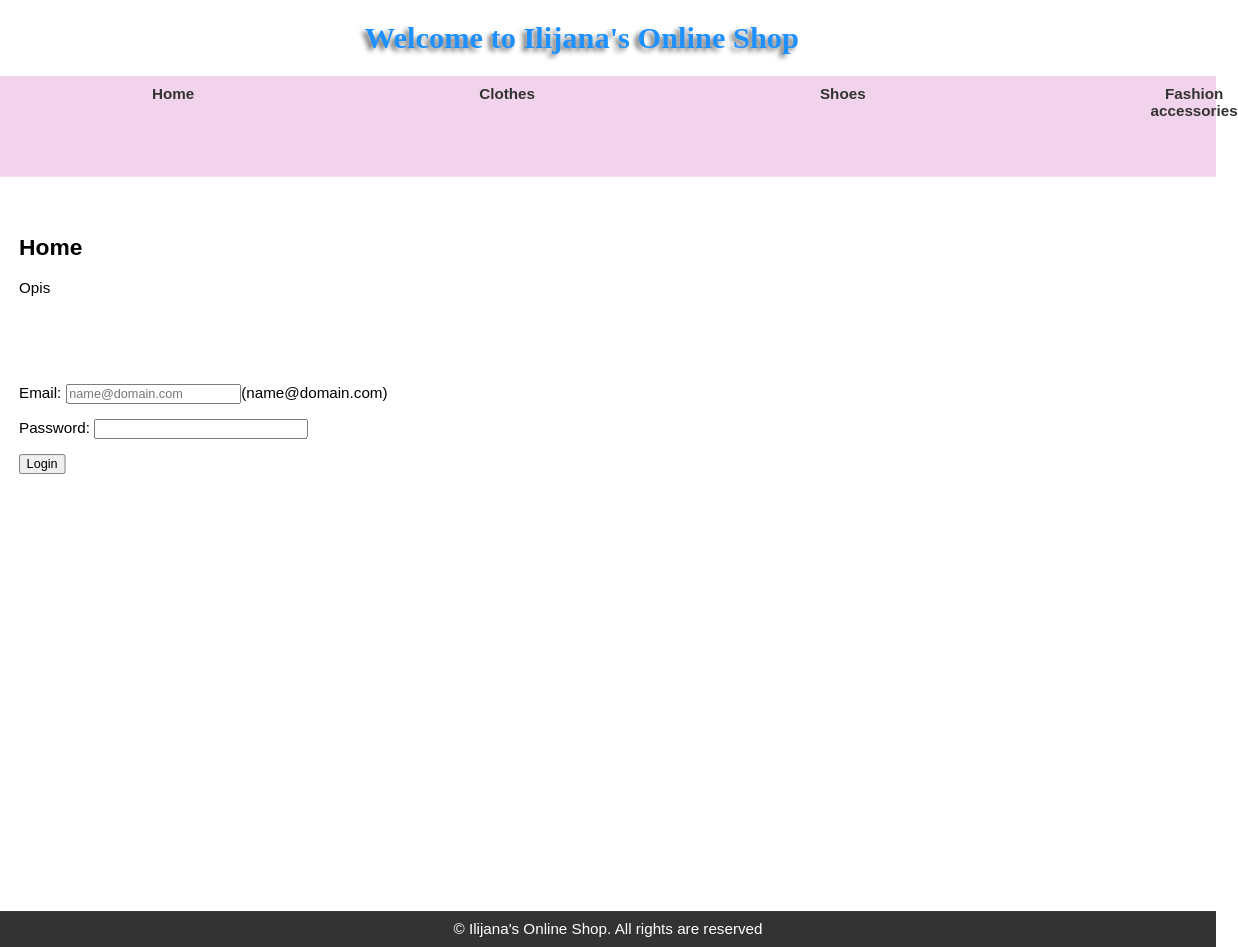
Repository: ilijana123/Proekt1
Page: html.html
These files come from the project's save history. The page is drawn as it stood at one moment and after the next save; the edit follows.
The browser window is 1280 px wide. The page is 1303 px wide, so the pictures cover 1303 px, including what lies to the right of the window. The pictures show the whole page, at 95% of full size.

Above is the page before, as saved 2023-11-12 23:32:08.

### html.html
<!DOCTYPE html>
<html>
    <head>
    <meta charset="utf-8">
    <title>Online shop</title>
    <link rel="stylesheet" type="text/css" href="1.css">
    <script src="script.js"></script>
    </head>
    <body>
    <header>
       <h1>Welcome to Ilijana's Online Shop</h1>
    </header>
       <nav>
            <ul>
                <li><a href="#home">Home</a></li>
                <li><a href="#category1">Clothes</a></li>
                <li><a href="#category2">Shoes</a></li>
                <li><a href="#category3">Fashion accessories</a></li>
            </ul>
       </nav>
       <section id="home">
            <h2>Home</h2>
            <p>Opis</p>
        </section>
        <section id="contact">
            <form method="post" autocomplete="on">
                <p><label>Email:
                    <input type="email" id="email"
                        placeholder="name@domain.com"/>(name@domain.com)
                </label></p>
                <p><label>Password:
                    <input type="password" id="password" size="25"
                        placeholder=""/>
                </label></p>
                <button onclick="btnClicked()">Login</button>
            </form>
       </section>
       <section id="category1"></section>
       <section id="category2"></section>
       <section id="category3"></section>
       <section id="instagram">
      </section>
      <section id="survey">
      </section>
      <section id="questionnaire">
      </section>
      <section id="contact">
      </section>
       <footer> &copy; Ilijana's Online Shop. All rights are reserved</footer>
    </body>
</html>

### 1.css
h1  {
     font-family: fantasy;
        color:dodgerblue;
        text-shadow: -4px 4px 6px dimgrey;
        position:relative;
        margin-left: 30%;
    }
    body {
        margin: 0;
        padding: 0;
        font-family: Arial, sans-serif;
    }

    nav
    {
        background-color:rgb( 241, 211, 235);
        color: white;
        padding: 10px;
        text-align: center;
    }
    nav ul {
        list-style-type: none;
        margin: 0;
        padding: 0;
        display: flex;
        flex-direction: row; /* Set the direction to column */
    }

    nav ul li {
        display: block; /* Set the display property to block */
        margin-bottom: 50px;
        margin-right: 150px;
        margin-left:150px;
    }
    section {
        padding: 20px;
        margin: 20px 0;
    }
    nav a {
        text-decoration: none;
        color: #333;
        font-weight: bold;
    }
    nav a:hover {
        color: #555;
    }

    footer {
        background-color: #333;
        color: white;
        text-align: center;
        padding: 10px;
    }

### script.js
function btnClicked()
{
    document.location.href="html1.html";
}

After the next save:
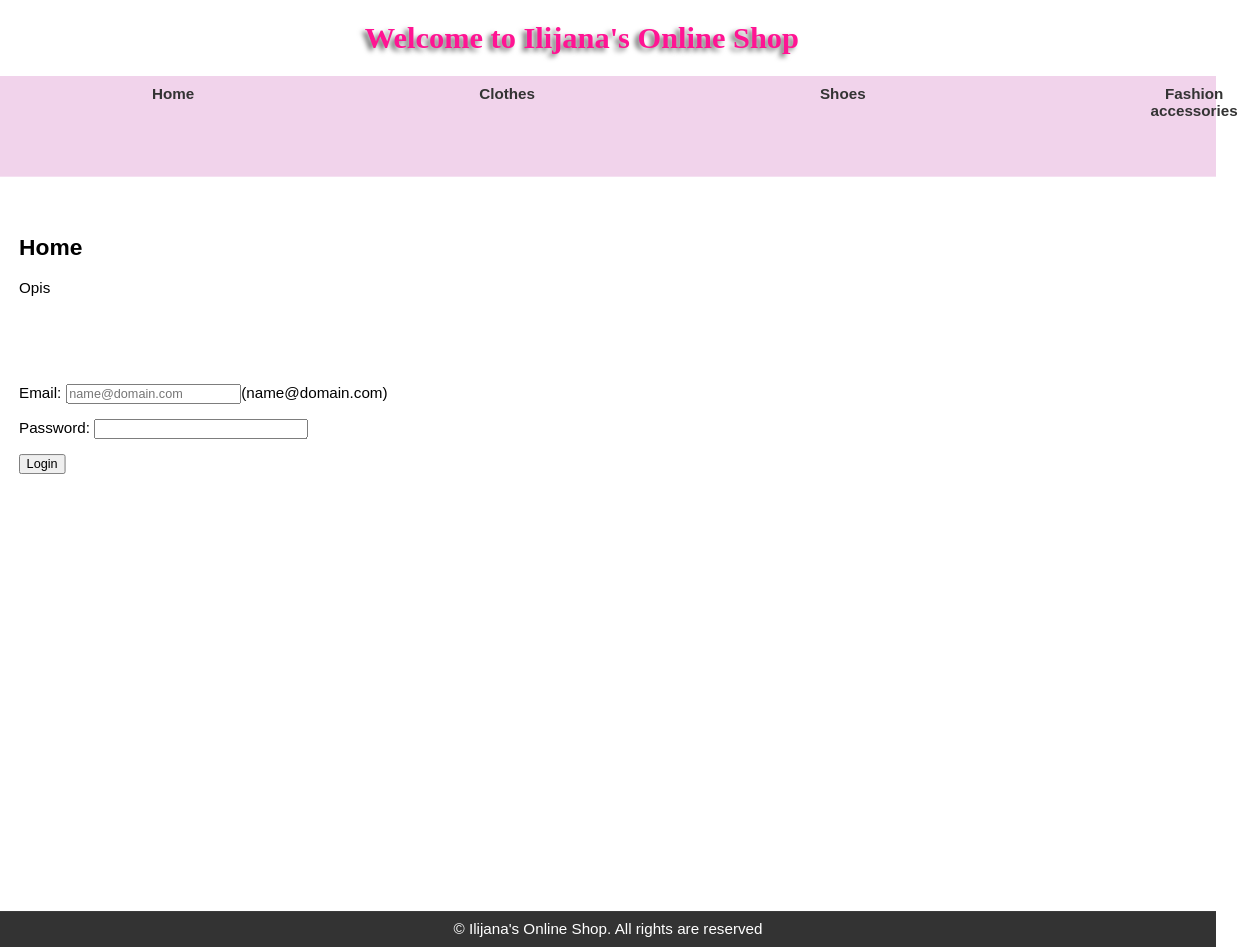
Saved 15 s later.
--- a/1.css
+++ b/1.css
@@ -1,6 +1,6 @@
 h1  {
      font-family: fantasy;
-        color:dodgerblue;
+        color:deeppink;
         text-shadow: -4px 4px 6px dimgrey;
         position:relative;
         margin-left: 30%;
